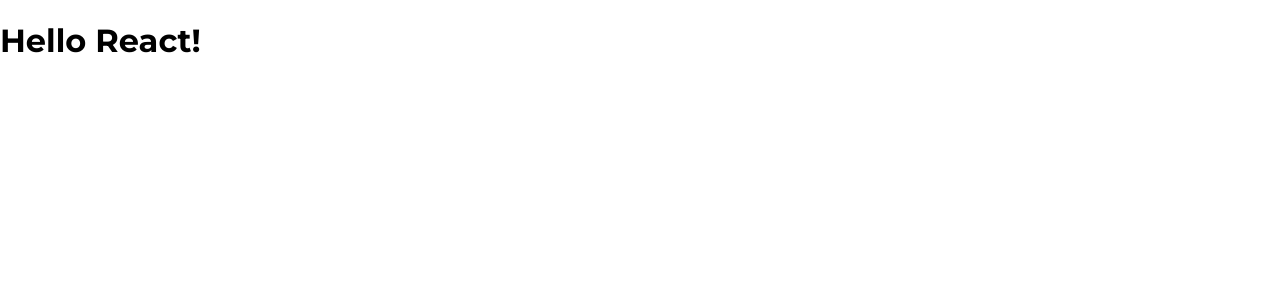
Repository: CarlosEduardoVdeOliveira/cine-tag
Page: /3
The author's editor kept a copy of each file at every save. The page is drawn from the files as they stood at one save, then again after the next save.
The browser window is 1280 px wide. The pictures show the whole page.
The project was rebuilt for these pictures with package versions that can differ from the ones it lists, and the page was loaded fresh each time.

Above is the page before, as saved 2023-09-15 14:31:09.

After the next save:
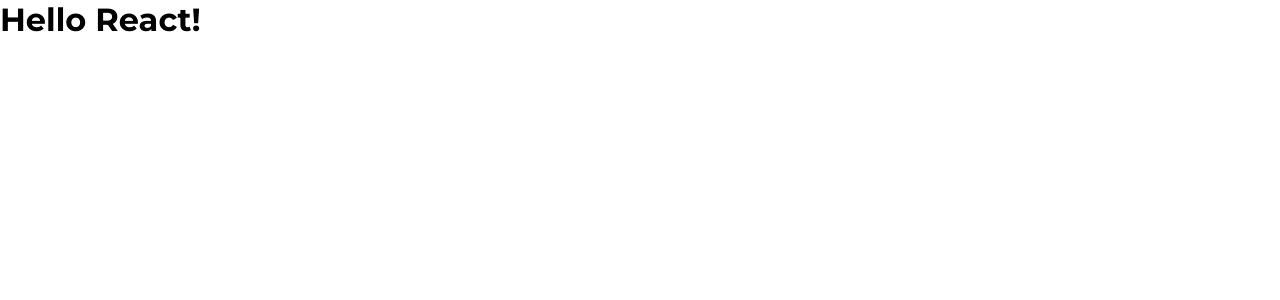
Saved 25 s later.
--- a/src/index.css
+++ b/src/index.css
@@ -5,9 +5,12 @@
   --gray: #E2E2E2;
 
 }
-body {
+*{
   margin: 0;
   paddign: 0;
+}
+body {
+
   font-family: var(--fonte);
   background-color: var(--withe);
   -webkit-font-smoothing: antialiased;
